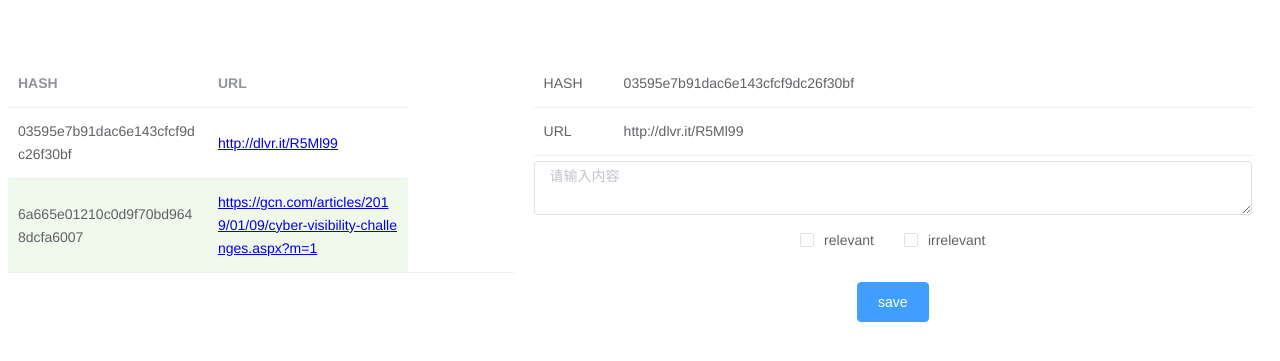
Repository: NicoleGX/TI
Page: /
These files come from the project's save history. The page is drawn as it stood at one moment and after the next save; the edit follows.
The browser window is 1280 px wide. The pictures show the whole page.
The project was rebuilt for these pictures with package versions that can differ from the ones it lists, and the page was loaded fresh each time.

Above is the page before, as saved 2019-05-28 20:33:41.

### index.html
<!DOCTYPE html>
<html>
  <head>
    <meta charset="utf-8">
    <meta name="viewport" content="width=device-width,initial-scale=1.0">
    <title>cyberti</title>
  </head>
  <body>
    <div id="app"></div>
    <!-- built files will be auto injected -->
  </body>
</html>

### src/main.js
// The Vue build version to load with the `import` command
// (runtime-only or standalone) has been set in webpack.base.conf with an alias.
import Vue from 'vue'
import App from './App'
import router from './router'

import ElementUI from 'element-ui'
import 'element-ui/lib/theme-chalk/index.css';

Vue.use(ElementUI)

Vue.config.productionTip = false

/* eslint-disable no-new */
new Vue({
  el: '#app',
  router,
  components: { App },
  template: '<App/>'
})

### src/router/index.js
import Vue from 'vue'
import Router from 'vue-router'
import TextClassification from '@/views/TextClassification'

Vue.use(Router)

export default new Router({
  routes: [
    {
      path: '/',
      name: 'TextClassification',
      component: TextClassification
    }
  ]
})

### src/views/TextClassification.vue
<template>
  <el-container>
    <el-aside style="width: 40%">
      <el-table
        :data="tableData"
        style="width: 100%"
        :row-class-name="tableRowClassName"
        @cell-click="onCellClick">
        <el-table-column
          prop="hash"
          label="HASH"
          width="200">
        </el-table-column>
        <el-table-column
          prop="url"
          label="URL"
          width="200">
          <template slot-scope="scope">
            <a :href=scope.row.url
              target="_black"
              class="buttonText">{{scope.row.url}}</a>
          </template>
        </el-table-column>
      </el-table>
    </el-aside>

    <el-main style="width: 60%;padding-top: 0;padding-bottom: 0;">
      <el-table
        :data="formData"
        :show-header="false"
        style="width: 100%">
        <el-table-column
          prop="label"
          label="label"
          width="80"></el-table-column>
        <el-table-column
          prop="value"
          label="value"></el-table-column>
      </el-table>
      <el-form ref="form" :model="form" label-position="left">
        <el-input
          type="textarea"
          :autosize="{ minRows: 2, maxRows: 4}"
          placeholder="请输入内容"
          v-model="form.text"
          style="margin: 5px 0;">
        </el-input>
        <el-form-item>
          <el-checkbox label="relevant" name="type"></el-checkbox>
          <el-checkbox label="irrelevant" name="type"></el-checkbox>
        </el-form-item>
        <el-button type="primary">save</el-button>
      </el-form>
    </el-main>

  </el-container>
</template>

<script>
export default {
  name: 'textclassfication',
  methods: {
    tableRowClassName({row, rowIndex}) {
      if (row['has_edit']) {
        return 'success-row';
      } else {
        return 'warning-row';
      }
      return '';
    },
    onCellClick(row, column, cell, event) {
      this.formData[0]['value'] = row['hash']
      this.formData[1]['value'] = row['url']
    }
  },
  data() {
    return {
      tableData: [{
        hash: '03595e7b91dac6e143cfcf9dc26f30bf',
        url: 'http://dlvr.it/R5Ml99',
        has_edit: false
      }, {
        hash: '6a665e01210c0d9f70bd9648dcfa6007',
        url: 'https://gcn.com/articles/2019/01/09/cyber-visibility-challenges.aspx?m=1',
        has_edit: true
      }],
      formData: [{
        label: 'HASH',
        value: '03595e7b91dac6e143cfcf9dc26f30bf'
      },{
        label: 'URL',
        value: 'http://dlvr.it/R5Ml99'
      }],
      form: {
        text: ''
      }
    }
  }
}
</script>

<style>
.el-table {
  width: 100%!important;
}
.el-table .warning-row {
  background: #fff;
}

.el-table .success-row {
  background: #f0f9eb;
}
</style>

Loaded but not shown: src/App.vue (common file)

After the next save:
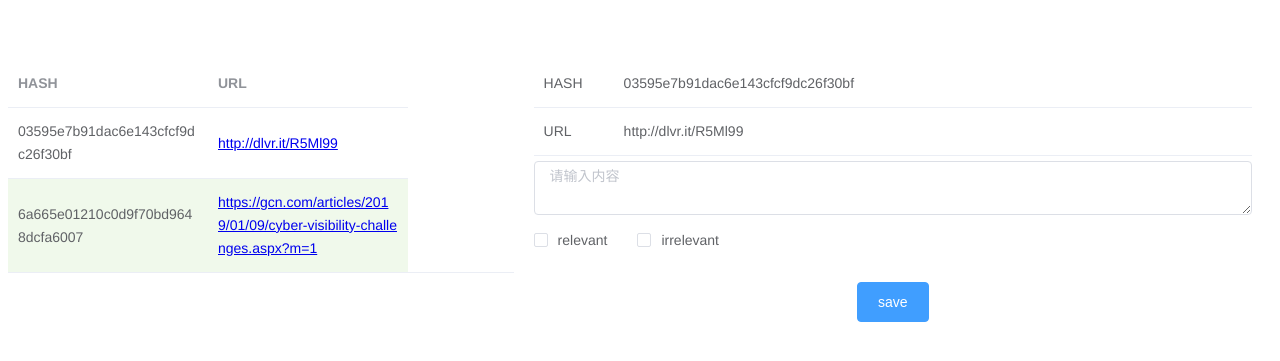
Saved 20 s later.
--- a/src/views/TextClassification.vue
+++ b/src/views/TextClassification.vue
@@ -37,7 +37,7 @@
           prop="value"
           label="value"></el-table-column>
       </el-table>
-      <el-form ref="form" :model="form" label-position="left">
+      <el-form ref="form" :model="form">
         <el-input
           type="textarea"
           :autosize="{ minRows: 2, maxRows: 4}"
@@ -45,7 +45,7 @@
           v-model="form.text"
           style="margin: 5px 0;">
         </el-input>
-        <el-form-item>
+        <el-form-item style="text-align: left;">
           <el-checkbox label="relevant" name="type"></el-checkbox>
           <el-checkbox label="irrelevant" name="type"></el-checkbox>
         </el-form-item>
